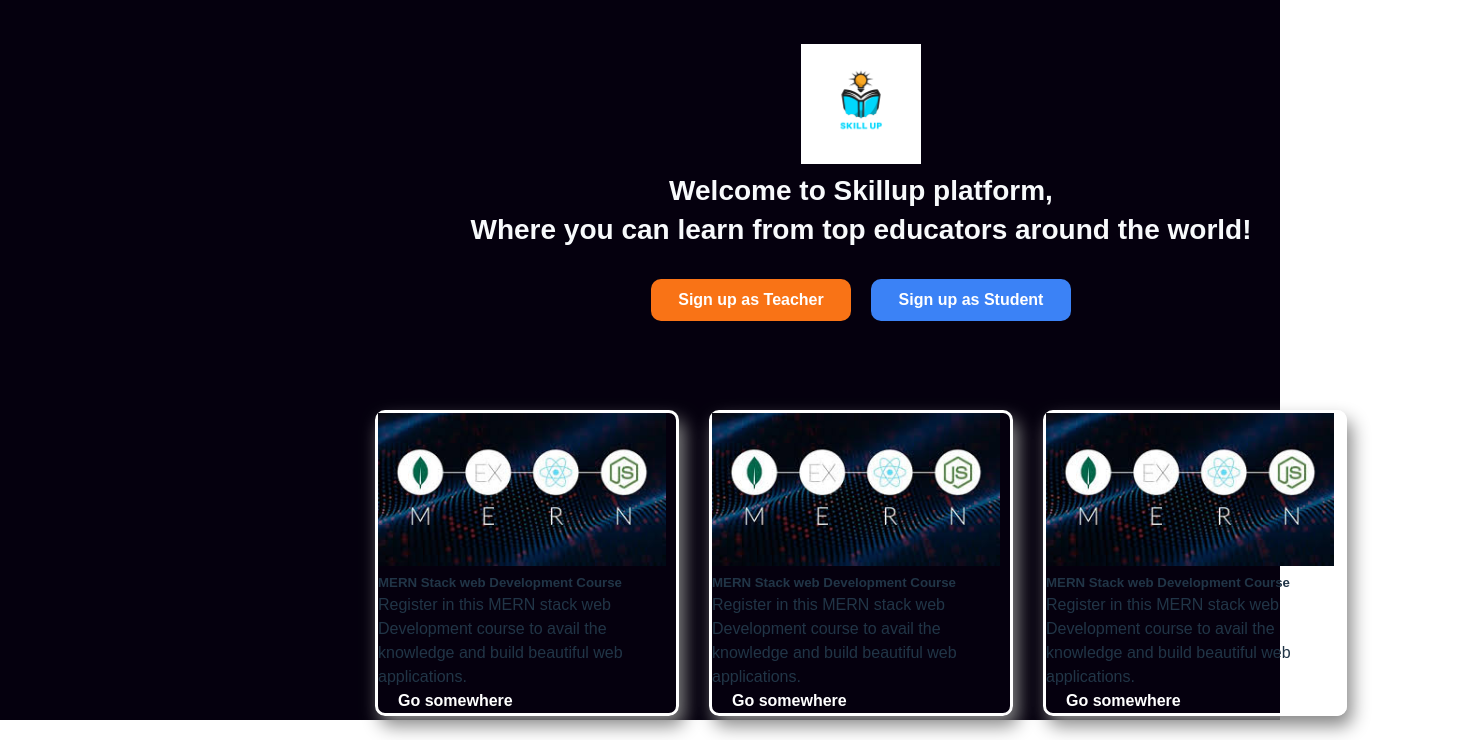
Repository: gowtham-jo/Learning-Management-System
Page: /
These files come from the project's save history. The page is drawn as it stood at one moment and after the next save; the edit follows.
The browser window is 1280 px wide. The page is 1472 px wide, so the pictures cover 1472 px, including what lies to the right of the window. The pictures show the whole page.
The project was rebuilt for these pictures with package versions that can differ from the ones it lists, and the page was loaded fresh each time. Also part of the build but not shown: vite.config.js, src/StudentRegistration.jsx, src/TeacherRegistration.jsx.

Above is the page before, as saved 2026-01-27 20:44:41.

After the next save:
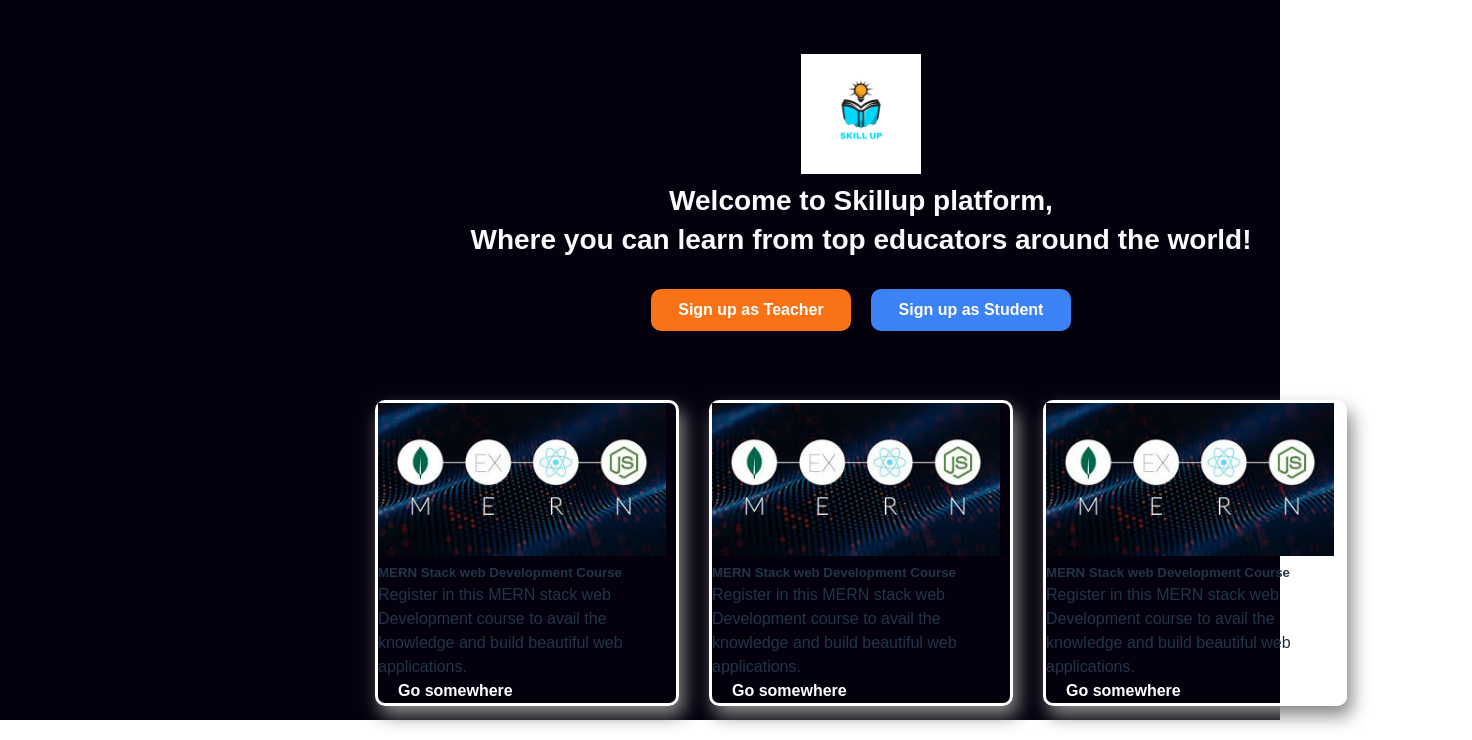
Saved 10 s later.
--- a/src/App.css
+++ b/src/App.css
@@ -75,6 +75,5 @@ body {
   gap: 30px;              /* space between cards */
   justify-content: center; /* center horizontally */
 
-  margin-top: 40px;
         /* responsive (wrap on small screens) */
 }
